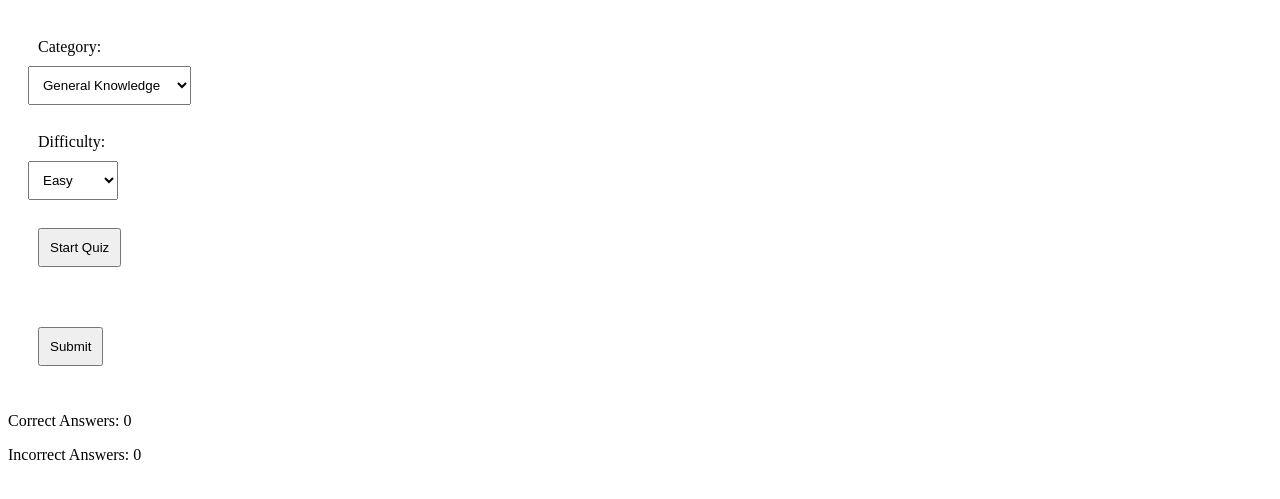
Repository: Kayla-amr/triviaSvelte
Page: /
An editor plug-in stored every save of this project. The page is shown before and after the next save, followed by the edit.
The browser window is 1280 px wide. The pictures show the whole page.
The project was rebuilt for these pictures with package versions that can differ from the ones it lists, and the page was loaded fresh each time. The framework's server and built-in components were replaced by stand-ins that run in the browser. Also part of the build but not shown: svelte.config.js, vite.config.js.

Above is the page before, as saved 2023-03-18 09:23:01.

### src/routes/+page.svelte
<script>


	let questions = [];

	function startQuiz() {
		const category = document.getElementById('category').value;
		const difficulty = document.getElementById('difficulty').value;


		const apiUrl = `https://opentdb.com/api.php?amount=10&category=${category}&difficulty=${difficulty}&type=multiple`;
        console.log(apiUrl);

        fetch(apiUrl)
            .then((response) => response.json())
            .then((data) => {
                questions = data.results;
            });
	}


	let correctAnswers = 0;
	let incorrectAnswers = 0;
	let unanswered = 0;

	function submitTrivia() {

		for (let i = 0; i < questions.length; i++) {
			let question = questions[i].question;
			let correctAnswer = questions[i].correct_answer;
			let incorrectAnswers = questions[i].incorrect_answers;
			let userAnswer = document.querySelector(`input[name="${question}"]:checked`).value;


			if (userAnswer === correctAnswer) {
				correctAnswers++;
			} else if (userAnswer === undefined) {
				unanswered++;
			} else {
				incorrectAnswers++;
			}
		}
	}
</script>

<div>
	<form id="quiz-form">

		<label for="category">Category:</label>
		<select id="category" name="category">
			<option value="9">General Knowledge</option>
			<option value="10">Books</option>
			<option value="11">Film</option>
			<option value="12">Music</option>
            <option value="13">Musicals & Theatres</option>
			<!-- Add more options for other categories -->
		</select><br />

		<label for="difficulty">Difficulty:</label>
		<select id="difficulty" name="difficulty">
			<option value="easy">Easy</option>
			<option value="medium">Medium</option>
			<option value="hard">Hard</option>
		</select><br />


		<button on:click={startQuiz}>Start Quiz</button>
	</form>
</div>

<div>
	<form action="triviaQuestions">
		{#each questions as question}
			<p>{@html question.question}</p>
			<input
				type="radio"
				name={question.question}
				value={question.correct_answer}
				id="correctAnswer"
			/>{@html question.correct_answer}<br />
			{#each question.incorrect_answers as incorrect}
				<input
					type="radio"
					name={question.question}
					value={incorrect}
					id="IncorrectAnswer"
				/>{@html incorrect}<br />
			{/each}
		{/each}

		<button on:click={submitTrivia}>Submit</button>
	</form>

	<div>
		<p>Correct Answers: {correctAnswers}</p>
		<p>Incorrect Answers: {incorrectAnswers}</p>
	</div>
</div>

<style>
    form {
        display: flex;
        flex-direction: column;
        align-items: start;
        padding: 20px;
    }
    label {
        padding: 10px;
    }
    select {
        margin: 0;
        padding: 10px;
    }
    button {
        padding: 10px;
        margin: 10px;
    }
</style>

Loaded but not shown: src/app.html (common file)

After the next save:
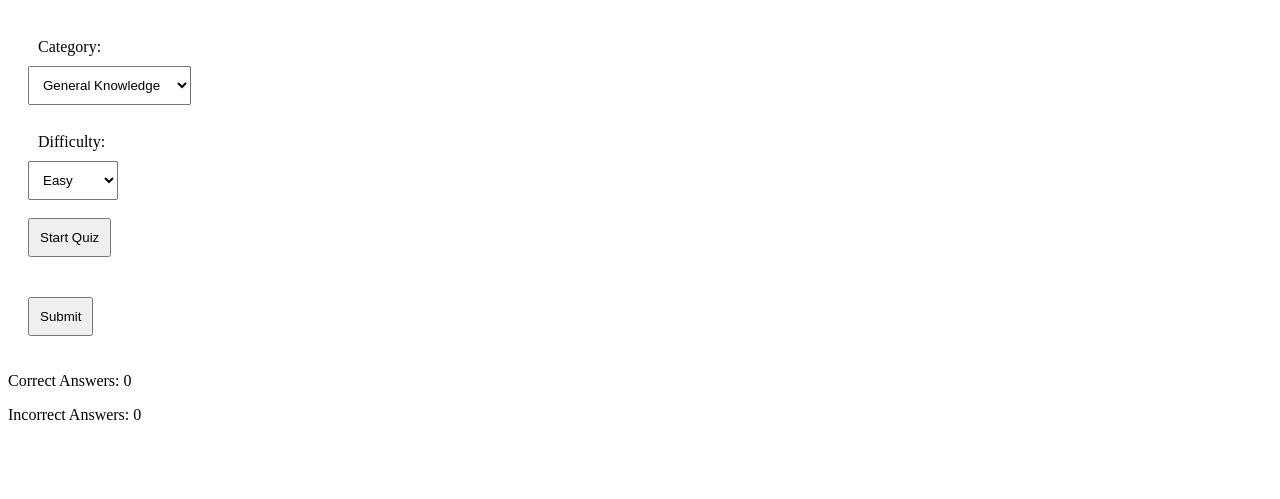
Saved 4 s later.
--- a/src/routes/+page.svelte
+++ b/src/routes/+page.svelte
@@ -113,6 +113,6 @@
     }
     button {
         padding: 10px;
-        margin: 10px;
+        margin: 0;
     }
 </style>
